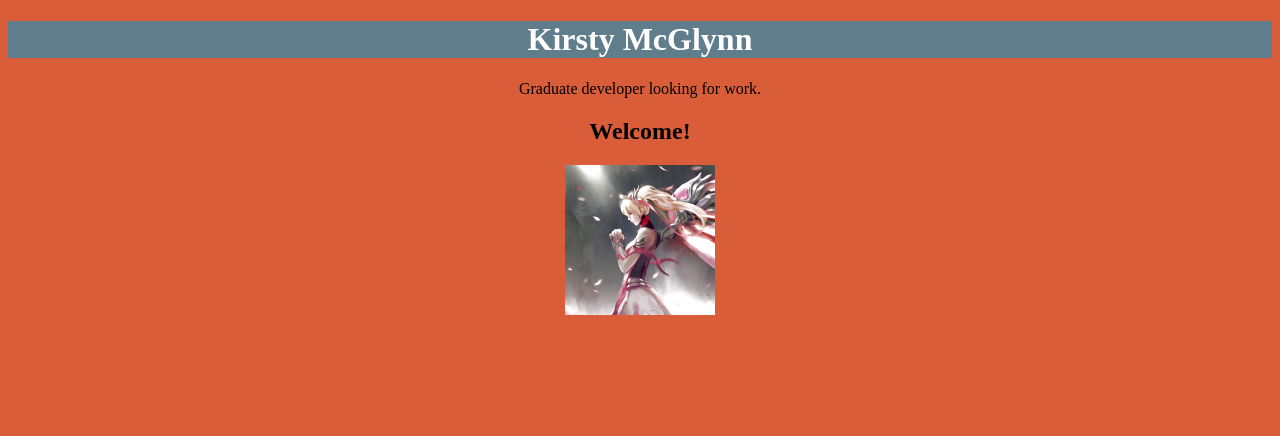
Repository: KLM94/newportfolio
Page: index.html
The author's editor kept a copy of each file at every save. The page is drawn from the files as they stood at one save, then again after the next save.
The browser window is 1280 px wide. The pictures show the whole page.

Above is the page before, as saved 2020-10-23 16:25:57.

### index.html
<!DOCTYPE html>
<html class="style">

<head>
    <meta charset="utf-8">
    <link rel="stylesheet" href="/main.css">
    <title>Kirsty's Portfolio</title>
</head>

<body>
    <div id="page-align">
        <h1 id="title">Kirsty McGlynn</h1>
        <p>Graduate developer looking for work.</p>

        <h2>Welcome!</h2>

        <img src="Mercy.png" alt="Avatar picture of Mercy from Overwatch">
    </div>
</body>

</html>

### main.css
#page-wrap {
  margin: auto;
}

body {
  background-color: #d95d39;
  text-align: center;
}

#title {
  background-color: #607d8b;
  color: #ffffff;
}

After the next save:
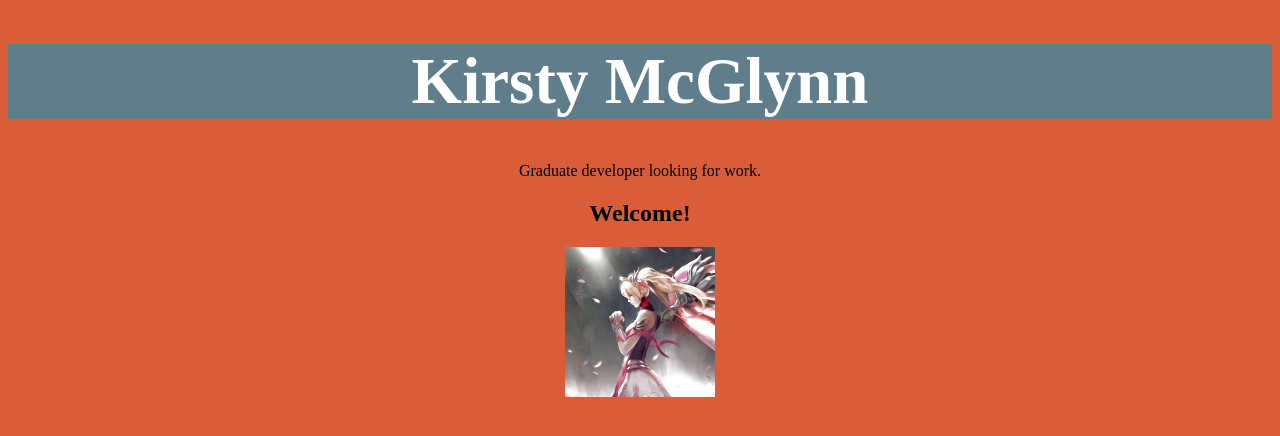
Saved 19 s later.
--- a/main.css
+++ b/main.css
@@ -10,4 +10,5 @@
 #title {
   background-color: #607d8b;
   color: #ffffff;
+  font-size: 65px;
 }
